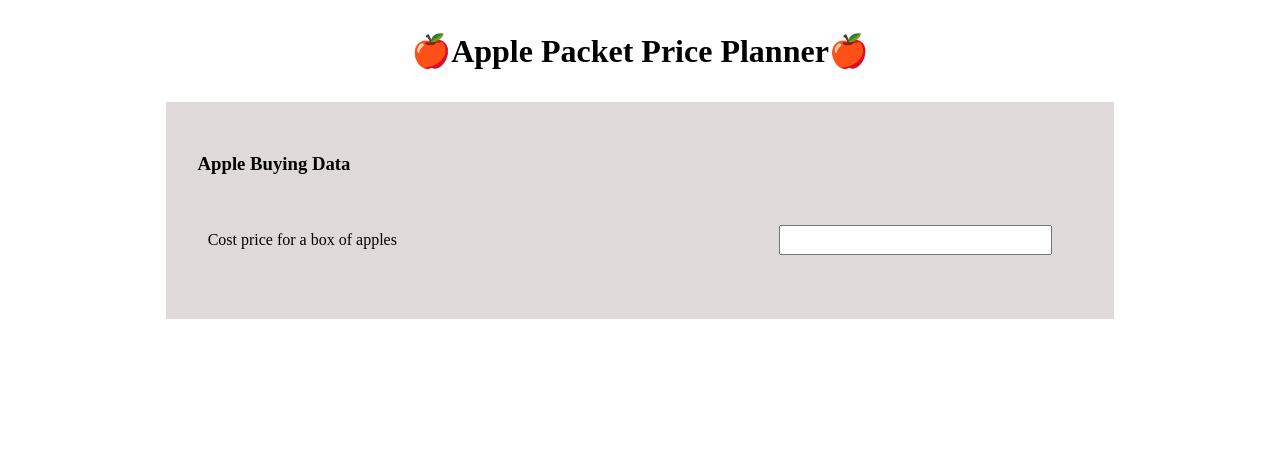
Repository: lasity34/apple-packet-price-planner
Page: index.html
The author's editor kept a copy of each file at every save. The page is drawn from the files as they stood at one save, then again after the next save.
The browser window is 1280 px wide. The pictures show the whole page.

Above is the page before, as saved 2023-05-29 10:04:31.

After the next save:
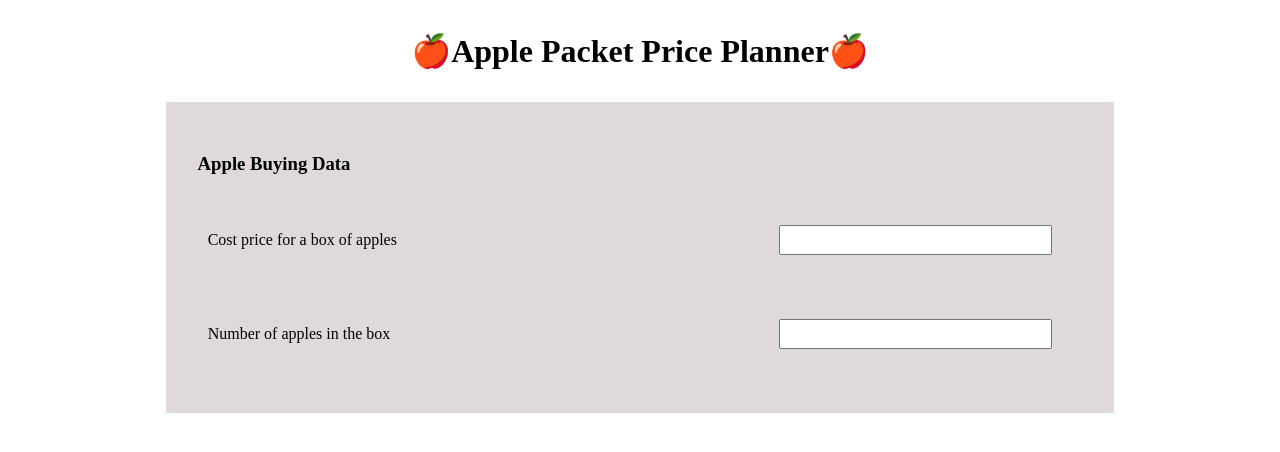
Saved 72 s later.
--- a/index.html
+++ b/index.html
@@ -22,6 +22,17 @@
                 /><br />
               </div>
         </section>
+        <section class="input_section">
+            <div class="input_container">
+                <label for="apple_price">Number of apples in the box</label><br />
+                <input
+                  type="number"
+                  id="apple_price"
+                  name="apple_price"
+                  required
+                /><br />
+              </div>
+        </section>
     </main>
 </body>
 <script src="./apple-factory.js"></script>
